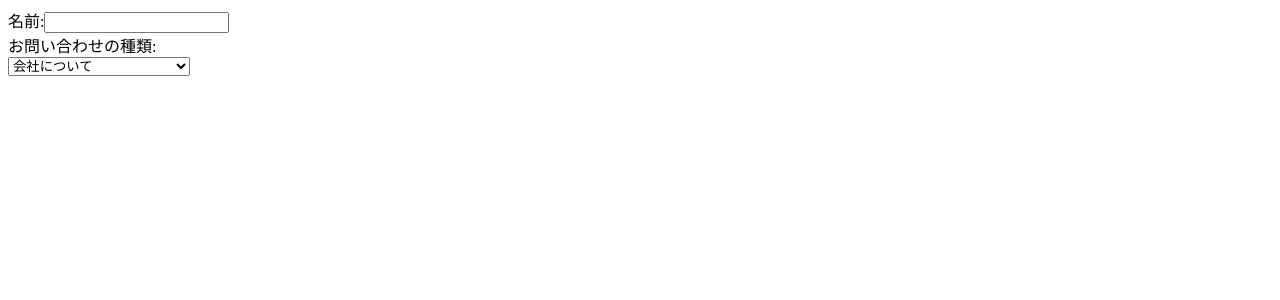
Repository: cha-git/test
Page: http://localhost/WebProj2/inquiry.jsp
These files come from the project's save history. The page is drawn as it stood at one moment and after the next save; the edit follows.
The browser window is 1280 px wide. The pictures show the whole page.
The page is served by Tomcat 9. Other server files are loaded and not shown.

Above is the page before, as saved 2018-12-17 05:51:43.

### WebProj2/WebContent/inquiry.jsp
<%@ page language="java" contentType="text/html; charset=UTF-8"
    pageEncoding="UTF-8"%>
<%@ taglib prefix="s" uri="/struts-tags" %>
<!DOCTYPE html PUBLIC "-//W3C//DTD HTML 4.01 Transitional//EN" "http://www.w3.org/TR/html4/loose.dtd">
<html>
<head>
	<meta http-equiv="Content-Type" content="text/html; charset=UTF-8">
	<title>お問い合わせフォーム</title>
</head>
<body>
	<s:form method="post" action="InquiryCompleteAction">
		名前:<input type="text" name="name"/><br>
		お問い合わせの種類:<br>
		<select name="qtype">
			<option value="company">会社について</option>
			<option value="product">製品について</option>
			<option value="support">アフターサポートについて</option>
		</select>
	</s:form>
</body>
</html>

After the next save:
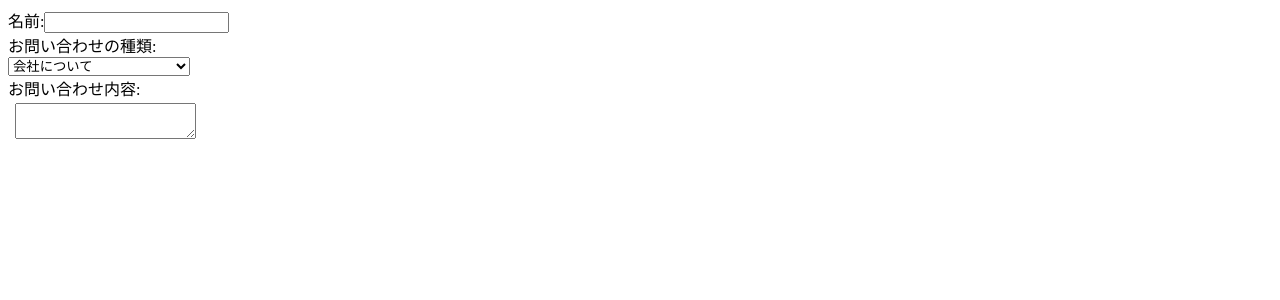
Saved 28 s later.
--- a/WebProj2/WebContent/inquiry.jsp
+++ b/WebProj2/WebContent/inquiry.jsp
@@ -16,6 +16,9 @@
 			<option value="product">製品について</option>
 			<option value="support">アフターサポートについて</option>
 		</select>
+		<br>
+		お問い合わせ内容:
+		<s:textarea name="body"/>
 	</s:form>
 </body>
 </html>

After the save that followed:
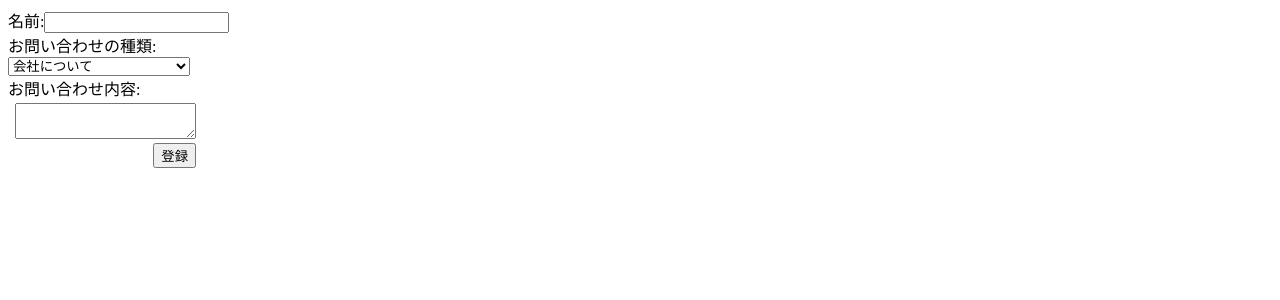
Saved 23 s later.
--- a/WebProj2/WebContent/inquiry.jsp
+++ b/WebProj2/WebContent/inquiry.jsp
@@ -19,6 +19,8 @@
 		<br>
 		お問い合わせ内容:
 		<s:textarea name="body"/>
+		<br>
+		<s:submit value="登録"/>
 	</s:form>
 </body>
 </html>
